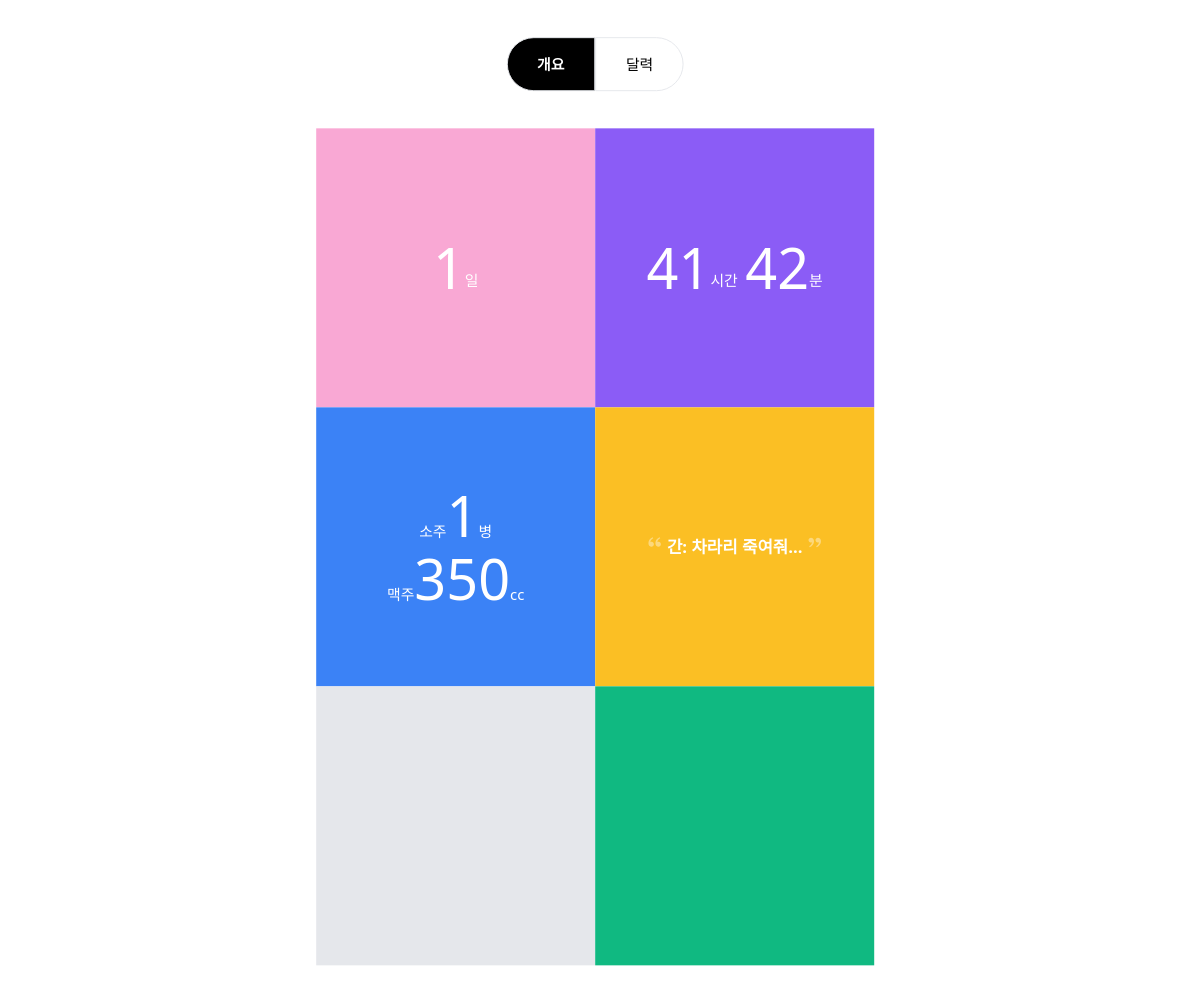
Repository: honey-punch/my-alcohol
Page: /
These files come from the project's save history. The page is drawn as it stood at one moment and after the next save; the edit follows.
The browser window is 1280 px wide. The pictures show the whole page, at 93% of full size.
The project was rebuilt for these pictures with package versions that can differ from the ones it lists, and the page was loaded fresh each time. The framework's server and built-in components were replaced by stand-ins that run in the browser. Also part of the build but not shown: next.config.ts, src/app/_component/Calendar.tsx.

Above is the page before, as saved 2025-02-10 16:22:01.

### src/app/page.tsx
"use client";

import { useState } from "react";
import Summary from "./_component/Summary";
import Calendar from "./_component/Calendar";

type ViewType = "summary" | "calendar";

export default function Home() {
  // useState
  const [viewType, setViewType] = useState<ViewType>("summary");

  // functions
  function handleChangeViewType() {
    if (viewType === "summary") {
      setViewType("calendar");
    } else {
      setViewType("summary");
    }
  }

  return (
    <div className="w-full flex flex-col items-center p-10 gap-10">
      <div onClick={handleChangeViewType} className="flex">
        <button
          className={`${
            viewType === "summary"
              ? "bg-black text-white font-black"
              : "hover:bg-black/20"
          } rounded-s-full border px-8 py-4 transition-colors`}
        >
          개요
        </button>
        <button
          className={`${
            viewType === "calendar"
              ? "bg-black text-white font-black"
              : "hover:bg-black/20"
          } rounded-e-full border px-8 py-4 transition-colors`}
        >
          달력
        </button>
      </div>
      {viewType === "summary" ? <Summary /> : <Calendar />}
    </div>
  );
}

### src/app/_component/Summary.tsx
import { RiDoubleQuotesL } from "react-icons/ri";
import { RiDoubleQuotesR } from "react-icons/ri";

const BOX_SIZE = 300;

export default function Summary() {
  const today = new Date();

  // TODO - DB에서 받아온 술마신 날들 중 가장 마지막 날
  const lastDay = new Date("2025-02-08T22:00:00");

  // 1, 2번 박스
  const diffMs = Math.abs(today.getTime() - lastDay.getTime());
  const diffDay = Math.floor(diffMs / (1000 * 60 * 60 * 24));
  const diffHour = Math.floor(diffMs / (1000 * 60 * 60));
  const diffMin = Math.floor((diffMs % (1000 * 60 * 60)) / (1000 * 60));
  const diffTime = { diffHour, diffMin };

  // 3번 박스
  // TODO - DB에서 받아와서 계산할 평균 용량
  const ex = {
    // 병단위
    soju: 1,
    // cc단위
    beer: 350,
  };

  // 4번 박스
  // TODO - DB에 저장해볼까
  const wiseSaying = [
    "내가 또 술을 마시면 개다.",
    "간한테 미안하지도 않냐?",
    "간: 차라리 죽여줘...",
    "술마시면 하루가 날라간다.",
    "안마셔도 생각보다 괜찮다.",
    "마시고 후회할꺼 왜마시냐?",
  ];
  const randomWiseSaying =
    wiseSaying[Math.floor(Math.random() * wiseSaying.length)];

  return (
    <div className="grid grid-cols-2">
      {/* 1번 박스 - 일수 */}
      <div
        style={{ width: `${BOX_SIZE}px`, height: BOX_SIZE }}
        className="bg-pink-300 text-white flex justify-center items-center"
      >
        <span className="text-6xl">{diffDay}</span>
        <span className="mt-7">일</span>
      </div>

      {/* 2번 박스 - 시간 */}
      <div
        style={{ width: `${BOX_SIZE}px`, height: BOX_SIZE }}
        className="bg-violet-500 text-white flex justify-center items-center"
      >
        <span className="text-6xl">{diffTime.diffHour}</span>
        <span className="mt-7 mr-2">시간</span>
        <span className="text-6xl">{diffTime.diffMin}</span>
        <span className="mt-7">분</span>
      </div>

      {/* 3번 박스 - 평균 주량 */}
      <div
        style={{ width: `${BOX_SIZE}px`, height: BOX_SIZE }}
        className="bg-blue-500 text-white flex justify-center items-center flex-col gap-2"
      >
        <div>
          <span>소주</span>
          <span className="text-6xl">{ex.soju}</span>
          <span className="mt-7">병</span>
        </div>
        <div>
          <span>맥주</span>
          <span className="text-6xl">{ex.beer}</span>
          <span className="mt-7">cc</span>
        </div>
      </div>

      {/* 4번 박스 - 명언(같은 개소리) */}
      <div
        style={{ width: `${BOX_SIZE}px`, height: BOX_SIZE }}
        className="bg-amber-400 text-white flex justify-center items-center text-3xl"
      >
        <div className="flex text-lg font-semibold gap-1">
          <RiDoubleQuotesL className="opacity-40" />
          {randomWiseSaying}
          <RiDoubleQuotesR className="opacity-40" />
        </div>
      </div>

      {/* 5번 박스 - 왜하냐(본인이 설정하는 동기부여) */}
      <div
        style={{ width: `${BOX_SIZE}px`, height: BOX_SIZE }}
        className="bg-gray-200 text-white flex justify-center items-center text-3xl"
      ></div>

      {/* 6번 박스 - 1번 박스 * 3번 박스 * 술값으로 얼마 아꼈는지 */}
      <div
        style={{ width: `${BOX_SIZE}px`, height: BOX_SIZE }}
        className="bg-emerald-500 text-white flex justify-center items-center text-3xl"
      ></div>
    </div>
  );
}

Loaded but not shown: src/app/layout.tsx (common file); src/app/globals.css (common file); tailwind.config.ts (common file)

After the next save:
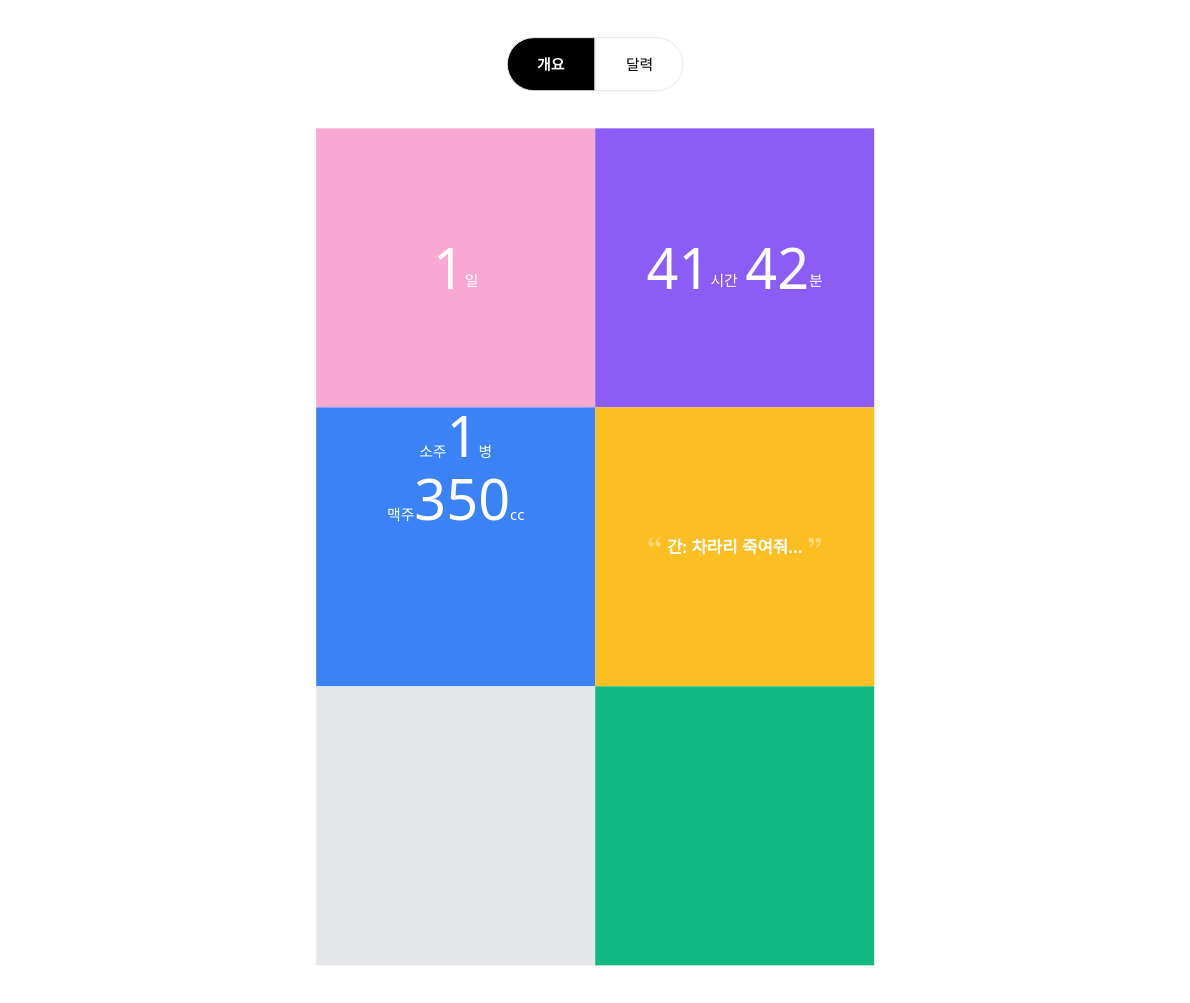
Saved 7 s later.
--- a/src/app/_component/Summary.tsx
+++ b/src/app/_component/Summary.tsx
@@ -63,7 +63,7 @@ export default function Summary() {
       {/* 3번 박스 - 평균 주량 */}
       <div
         style={{ width: `${BOX_SIZE}px`, height: BOX_SIZE }}
-        className="bg-blue-500 text-white flex justify-center items-center flex-col gap-2"
+        className="bg-blue-500 text-white flex justify-start items-center flex-col gap-2"
       >
         <div>
           <span>소주</span>
